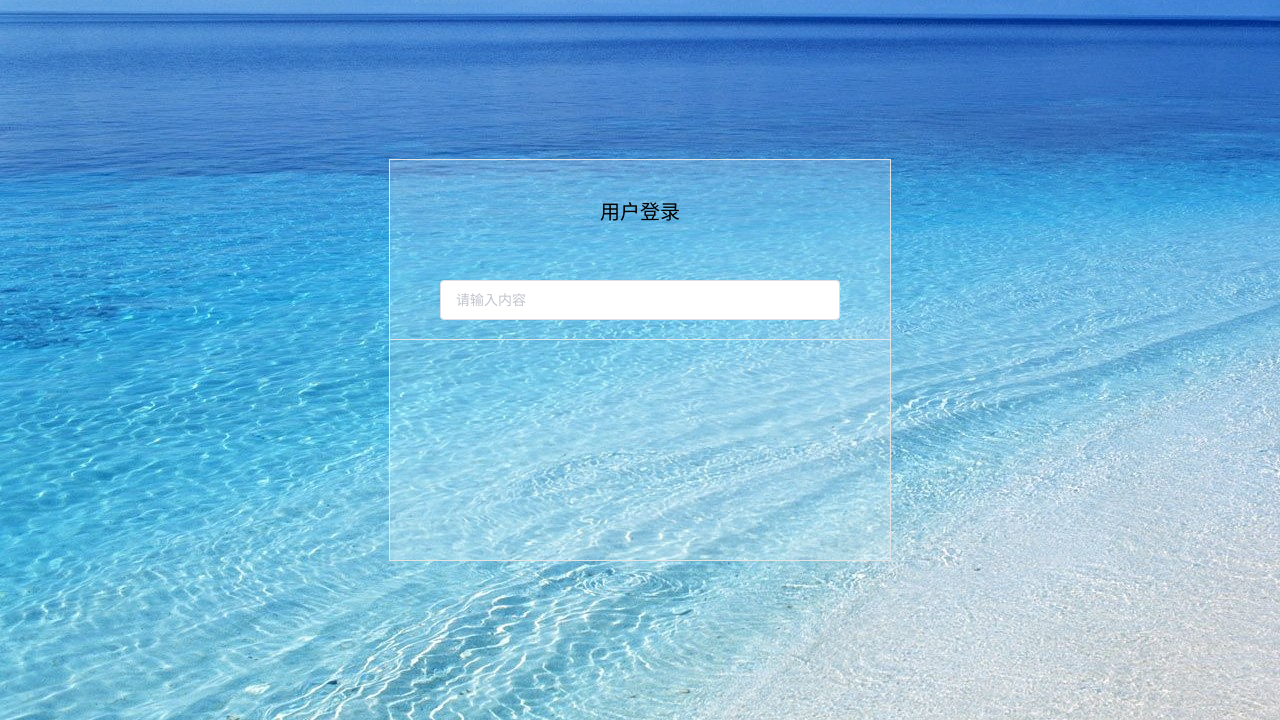
Repository: jinggegeZ/livechat
Page: /login
An editor plug-in stored every save of this project. The page is shown before and after the next save, followed by the edit.
The browser window is 1280 px wide. The pictures show the whole page.
The project was rebuilt for these pictures with package versions that can differ from the ones it lists, and the page was loaded fresh each time. Also part of the build but not shown: src/views/Home.vue.

Above is the page before, as saved 2020-08-17 15:09:46.

### src/main.js
import Vue from 'vue'
import App from './App.vue'
import router from './router'
import store from './store'
import ElementUI from 'element-ui';
import 'element-ui/lib/theme-chalk/index.css';

Vue.config.productionTip = false
Vue.use(ElementUI);
new Vue({
  router,
  store,
  render: h => h(App)

}).$mount('#app')

### src/App.vue
<template>
  <div id="app">

    <router-view/>
  </div>
</template>

<style lang="scss">
@import'../src/style/commoent'

</style>

### src/router/index.js
import Vue from 'vue'
import VueRouter from 'vue-router'
import Home from '../views/Home.vue'

Vue.use(VueRouter)

  const routes = [
  {
    path: '/',
    name: 'Home',
    component: Home
  },
  {
    path: '/login',
    name: 'login',
    component: () => import('../views/login.vue')
  }
]

const router = new VueRouter({
  mode: 'history',
  base: process.env.BASE_URL,
  routes
})

export default router

### src/style/commoent.css
*{
    margin: 0;
    padding: 0;
  }
  html {
    width: 100%;
    height: 100%;
  }
  #app {
    width: 100%;
    height: 100%;
  }
  body {
    width: 100%;
    height: 100%;
  }

### src/views/login.vue
<template>
 <div class="content">
    <div class="content-c">
          <div class="loginbox">
          <!-- 用户登录 -->
          <div class="username">
            用户登录
          </div>
          <!-- 用户名 -->
          <div class="input">
            <div class="inputbox"><el-input v-model="username" placeholder="请输入内容"></el-input></div>
          </div>
          <!-- 选择头像 -->
          <div></div>
          </div>
    </div>
 </div>
</template>

<script>
 export default {
   name: '',
   props: {
   },
   components: {

   },
   data () {
     return {
       username:''
     }
   },
   methods: {

   },
   mounted() {

   },
   watch: {

   },
   computed: {

   }
 }
</script>

<style scoped>
.content {
  width: 100%;
  height: 100%;
  display: flex;
  justify-content: center;
  align-items: center;
  background: url('../../public/image/02a28d595dea30839eeaa0fdd15dfce2.jpg') no-repeat;
  font-size: 20px;
}
.content-c {
  width: 100%;
  display: flex;
  justify-content: center;
  align-items: center;
}
.loginbox {
  width: 500px;
  height: 400px;
  border: 1px solid rgb(228, 228, 228);
  background: rgba(255,255,255,0.2);
}
.username {
  width: 100%;
  height: 100px;
  display: flex;
  justify-content: center;
  align-items: center;
}
.input {
  width: 100%;
  height: 79px;
  display: flex;
  justify-content: center;
  align-items: center;
  border-bottom: 1px solid rgb(228, 228, 228);
}
.inputbox {
  width: 80%;

}
</style>

Loaded but not shown: public/index.html (common file); src/store/index.js (common file)

After the next save:
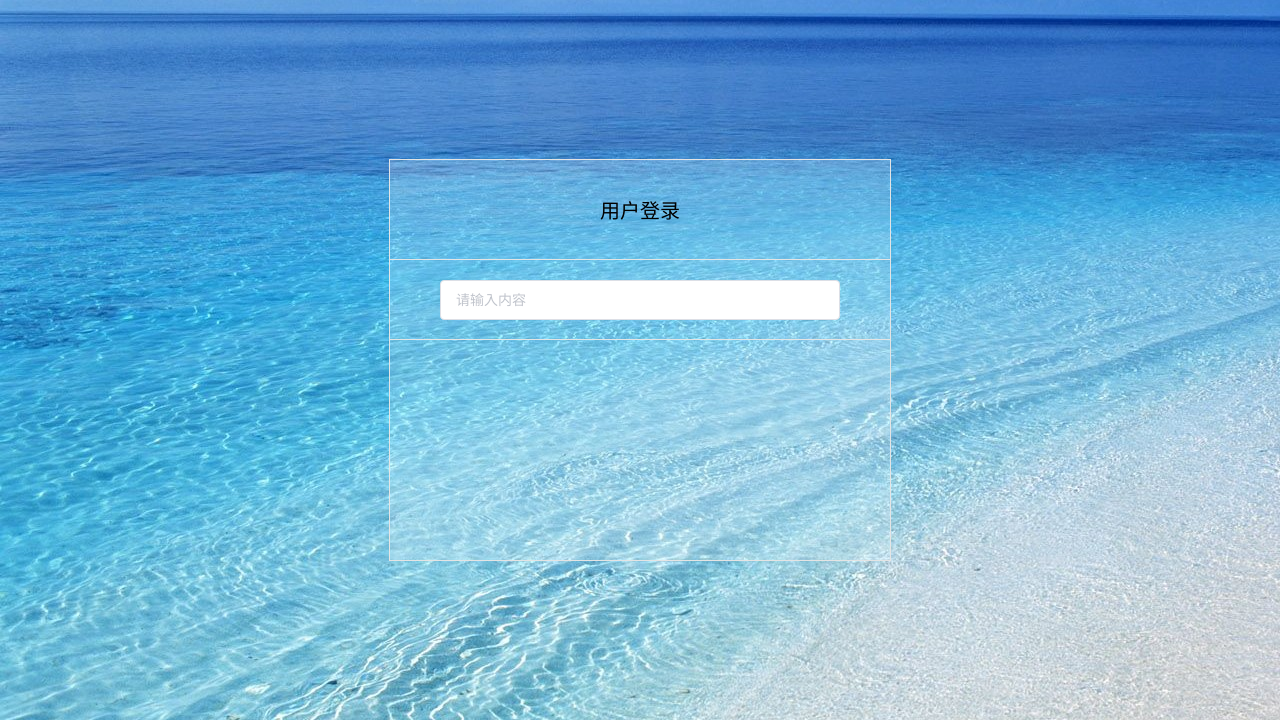
Saved 22 s later.
--- a/src/views/login.vue
+++ b/src/views/login.vue
@@ -69,10 +69,11 @@
 }
 .username {
   width: 100%;
-  height: 100px;
+  height: 99px;
   display: flex;
   justify-content: center;
   align-items: center;
+  border-bottom: 1px solid rgb(228, 228, 228);
 }
 .input {
   width: 100%;
